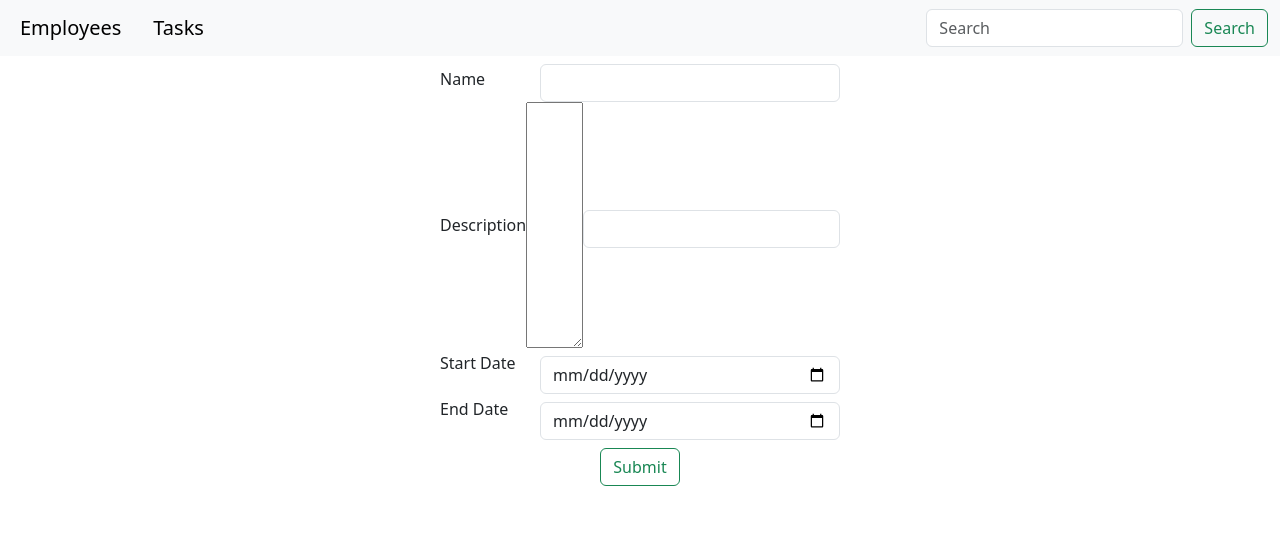
Repository: RaffiBarseghyan/employees
Page: /tasks
The author's editor kept a copy of each file at every save. The page is drawn from the files as they stood at one save, then again after a run of saves.
The browser window is 1280 px wide. The pictures show the whole page.
The project was rebuilt for these pictures with package versions that can differ from the ones it lists, and the page was loaded fresh each time. Some packages were replaced by stand-ins written for this rebuild. Also part of the build but not shown: src/App.css, src/Pages/Employees/employees.module.scss, src/Pages/UpDel/upDel.module.scss, src/Pages/UpDel/delete.jsx, src/Pages/Employees/employees.jsx, src/Pages/UpDel/update.jsx.

Above is the page before, as saved 2023-06-15 21:42:22.

After the next 3 saves:
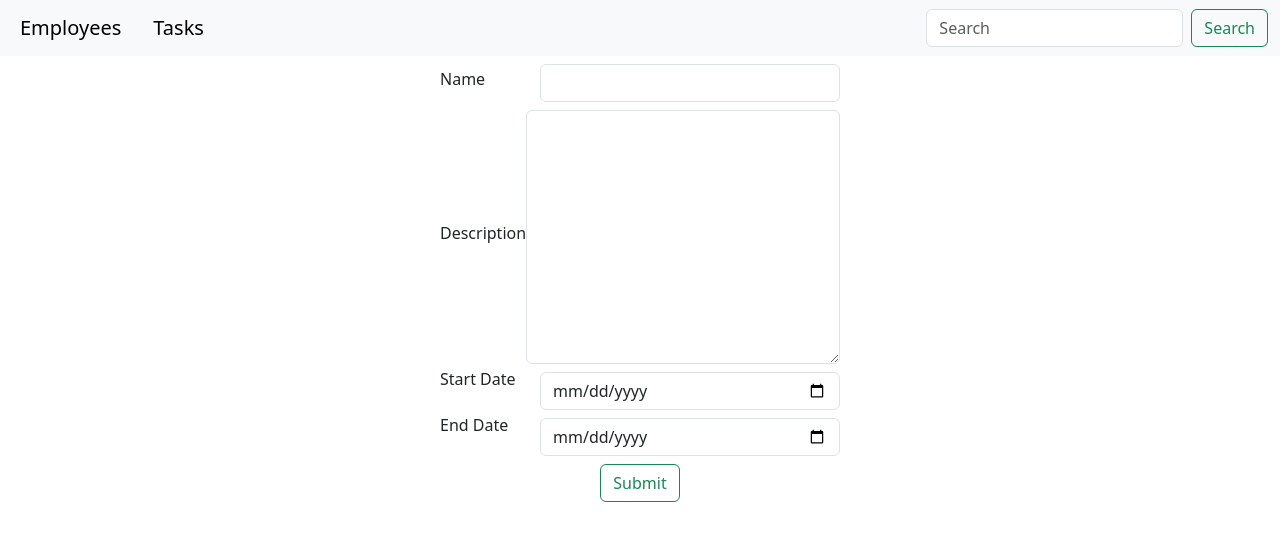
The 3 saves are shown as one change because they came seconds apart.
The last was saved 14 s later.
--- a/src/Pages/Tasks/tasks.jsx
+++ b/src/Pages/Tasks/tasks.jsx
@@ -26,8 +26,8 @@ function Tasks() {
             id="description"
             cols="30"
             rows="10"
+            className="form-control mt-2"
           ></textarea>
-          <input className="form-control mt-2" type="text" />
         </label>
 
         <label htmlFor="startDate">
